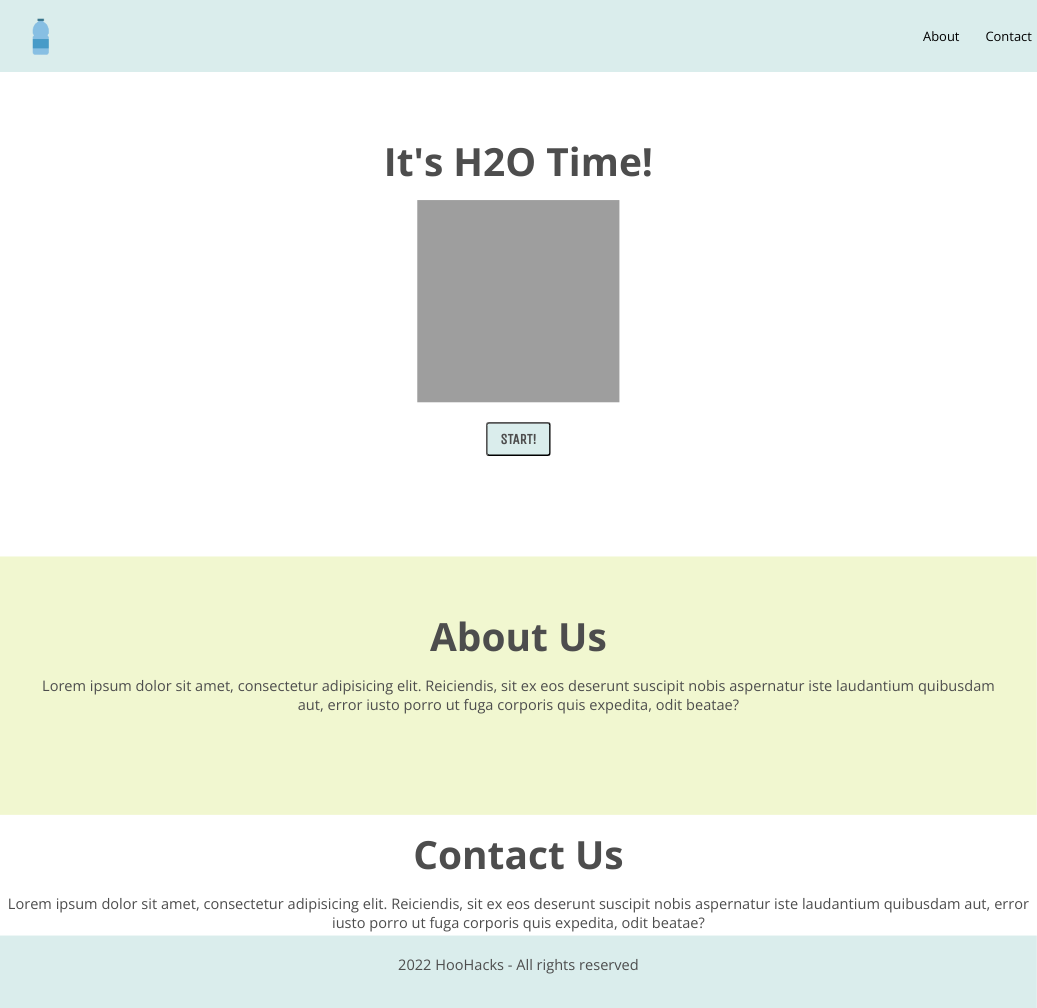
Repository: jennyjjung/H2ODaily
Page: index.html
These files come from the project's save history. The page is drawn as it stood at one moment and after the next save; the edit follows.
The browser window is 1280 px wide. The pictures show the whole page, at 81% of full size.
Pictures or frames that could not be fetched are drawn as grey boxes.

Above is the page before, as saved 2022-03-26 18:39:19.

After the next save:
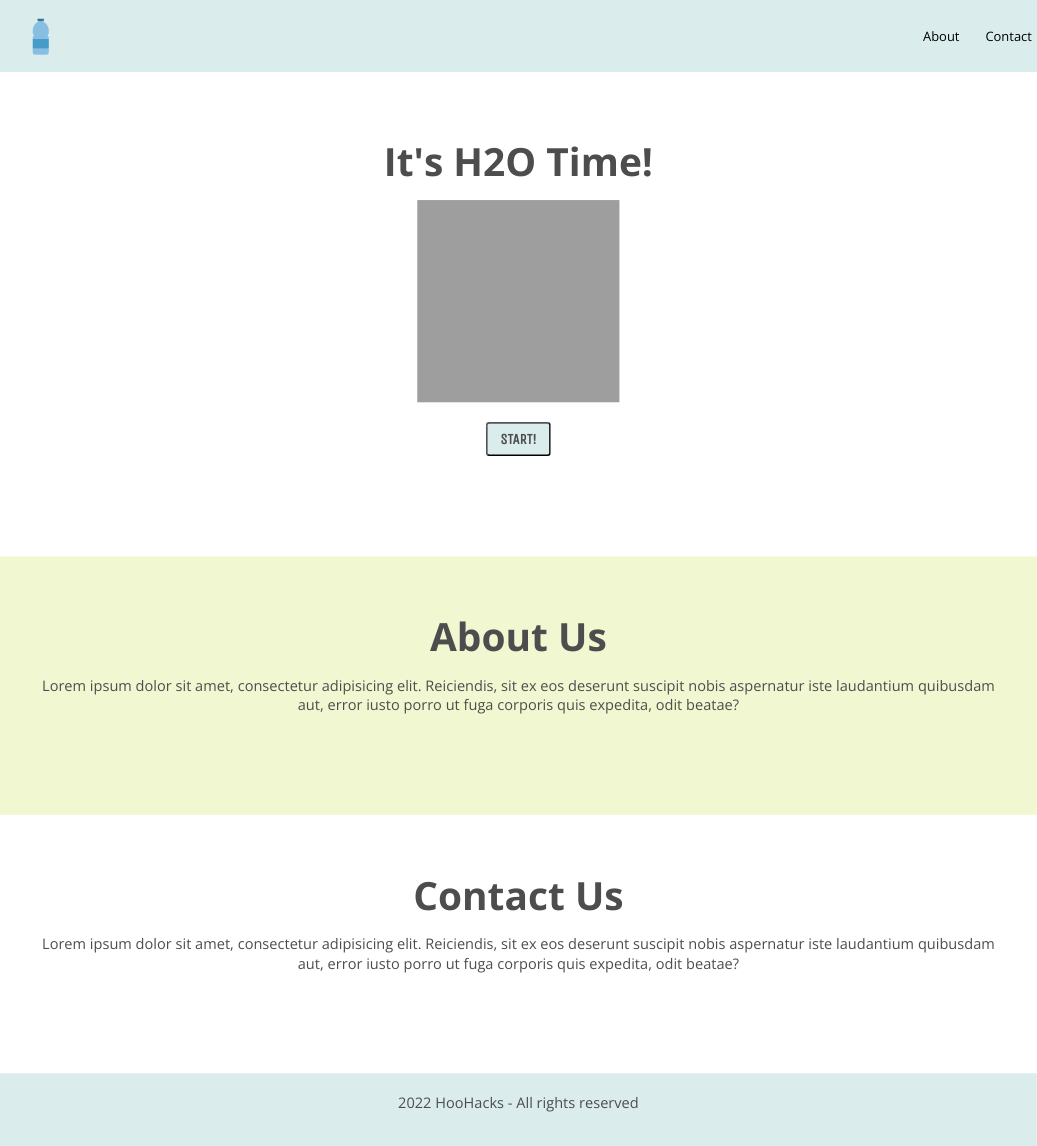
Saved 48 s later.
--- a/style.css
+++ b/style.css
@@ -138,3 +138,8 @@ a {
   background-color: var(--color-yellow);
   padding: 50px 40px 120px 40px;
 }
+
+/* Contact */
+#contact {
+  padding: 50px 40px 120px 40px;
+}
